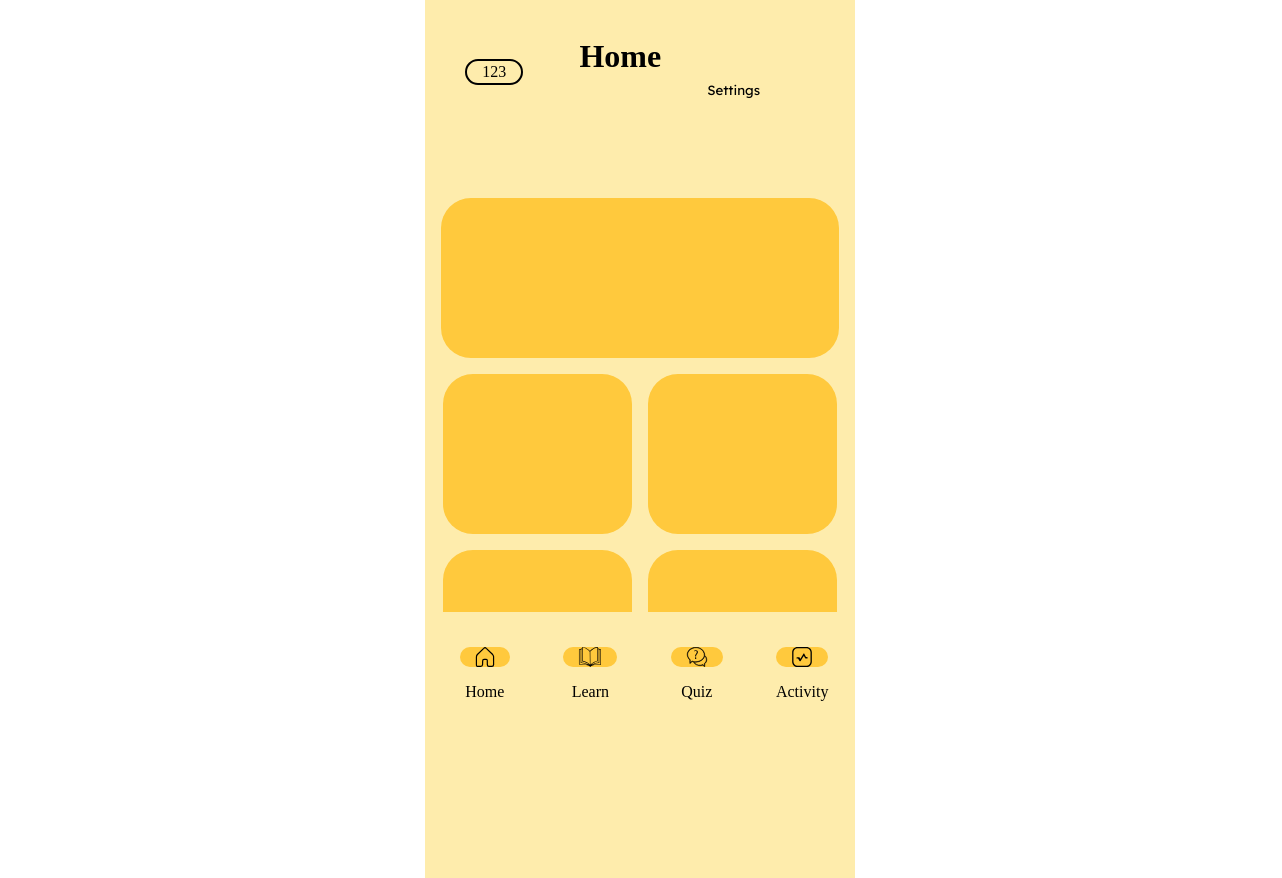
Repository: kellyzyhuang/HiveFive
Page: /
These files come from the project's save history. The page is drawn as it stood at one moment and after the next save; the edit follows.
The browser window is 1280 px wide. The page is 1282 px wide, so the pictures cover 1282 px, including what lies to the right of the window. The pictures show the whole page.
Some web fonts or font styles are not loaded; a fallback is used. The project was rebuilt for these pictures with package versions that can differ from the ones it lists, and the page was loaded fresh each time. The framework's server and built-in components were replaced by stand-ins that run in the browser. Also part of the build but not shown: next.config.js, styles/Landing.module.css.

Above is the page before, as saved 2024-04-08 09:58:32.

### pages/index.js
import Head from 'next/head'
import Image from 'next/image'
import styles from '@/styles/Home.module.css'
import Header from '@/components/Header';
import NavBar from '@/components/NavBar';
export default function Home() {
  return (
    <>
      <Head>
        <title>Hive Five</title>
        <meta name="description" content="Save the bees one question at a time" />
        <meta name="viewport" content="width=device-width, initial-scale=1" />
        <link rel="icon" href="/favicon.ico" />
        <link rel="preconnect" href="https://fonts.googleapis.com"/>
        <link rel="preconnect" href="https://fonts.gstatic.com" crossorigin/>
        <link href="https://fonts.googleapis.com/css2?family=Besley:ital,wght@0,400..900;1,400..900&family=Lexend:wght@100..900&display=swap" rel="stylesheet"></link>
      </Head>
      <main className={styles.main}>
        <div className={styles.screen}>
          <Header title="Home"/>
          <div className={styles.buffer}></div>
            <img/>
            <div className={styles.activityGraph}></div>
            <div className={styles.gallery}>
              <div className={styles.item}></div>
              <div className={styles.item}></div>
              <div className={styles.item}></div>
              <div className={styles.item}></div>
            </div>
            <NavBar className={styles.nav}/>
        </div>
      </main>
    </>
  )
}

### styles/globals.css
:root {
  --secondary-color: #FEECAC;
  --accent-color: #FFC93D;
  --tertiary-color: #4D6A58;
  --black-text: #0000;
  --incorrect: #851313;
  --correct: #1E3E19;
  --shadow: #D5D1A7;
  --sky-background: #E7F9FF;
}

### styles/Home.module.css
.main {
  display: flex;
  justify-content: center;
  background-color: var(--black-text);
  min-height: 100vh;
  margin: -10px;
}

.screen {
  width: 430px;
  height: 100%;
  background-color: var(--secondary-color);
  display: flex;
  justify-content: center;
  flex-wrap: wrap;
}

.buffer{
  height: 10rem;
  width: 100%;
}

.screen img {
  background-color: var(--accent-color);
  width: 100%;
  border-radius: 30px;
  margin: 1rem;
}

.activityGraph {
  width: 100%;
  border-radius: 30px;
  height: 10rem;
  background-color: var(--accent-color);
  margin: 0.5rem 1rem;
}

.gallery {
  display: flex;
  flex-wrap: wrap;
  justify-content: center;
  width: 100%;
  margin-bottom: 10rem;
}

.item {
  width: 44%;
  height: 10rem;
  background-color: var(--accent-color);
  border-radius: 30px;
  margin: 0.5rem;
}

.nav {
  background-color: var(--accent-color);
  height: 9rem;
  width: 430px;
  position: fixed;
  bottom: 0;
  z-index: 1000;
}

### components/Header/index.js
import styles from './Header.module.css';
import Image from 'next/image';
import Link from 'next/link';

export default function Header({ title }) {
  return(
    <header className={styles.header}>
      {/* <Image src="/images/bee.png" alt="bee icon" width={1} height={1}/>  */}
      {/* exit button will be here */}
      <ul className={styles.list}>
        <li className={styles.listItem}>
          <div className={styles.counter}>123</div>
        </li>
        <li className={styles.listItem}>
          <h1 className={styles.pageTitle}>{title}</h1>
        </li>
        <li className={styles.listItem}>
          <button className={styles.settings}><Link href="/Settings"><Image className={styles.settingsImg}/>Settings</Link></button>
        </li>
      </ul>
    </header>
  )
}

### components/NavBar/index.js
import styles from "./NavBar.module.css";
import Link from "next/link";
import Image from "next/image";

export default function NavBar(){
    return(
        <nav className={styles.navBar}>
            <div className={styles.navMenu}>{/* will add */}
            <ul className={styles.navList}>
                <li className={styles.home}>
                    <Link href="/">
                        <div className={styles.iconLabel}>
                            <Image className={styles.navIcon} src={"/images/home_icon.svg"} width={20} height={20}/>
                            <span className={styles.label}>Home</span>
                        </div>
                    </Link>
                </li>
                <li className={styles.learnMore}>
                    <Link href="/">
                        <div className={styles.iconLabel}>
                            <Image className={styles.navIcon} src={"/images/learn_more_icon.svg"} width={20} height={20}/>
                            <span className={styles.label}>Learn</span>
                        </div>
                    </Link>
                </li>
                <li className={styles.quiz}>
                    <Link href={'/Quiz'}>
                        <div className={styles.iconLabel}>
                            <Image className={styles.navIcon} src={"/images/quiz_icon.svg"} width={20} height={20}/>
                            <span className={styles.label}>Quiz</span>
                        </div>
                    </Link>
                </li>
                <li className={styles.activity}>
                    <Link href="/Activity">
                        <div className={styles.iconLabel}>
                            <Image className={styles.navIcon} src={"/images/activity_icon.svg"} width={20} height={20}/>
                            <span className={styles.label}>Activity</span>
                        </div>
                    </Link>
                </li>
            </ul>
            </div>
        </nav>
    )
}

### components/Header/Header.module.css
.header {
  background-color: var(--secondary-color);
  height:7rem;
  width: 430px;
  position: fixed;
  top: 0;
  z-index: 1000;
  display: flex;
}

.list {
  list-style-type: none;
  display: flex;
  justify-content: space-between;
  align-items: center;
}

.pageTitle {
  font-size: 2rem;
  width: 100%;
  transform: translate(-0.5rem);
  font-family: 'Besley', serif;
}

.counter {
  border: 2px solid black;
  width: 3rem;
  height: 1rem;
  padding: 0.2rem;
  margin-right: 4rem;
  border-radius: 20px;
  background-color: none;
  display: flex;
  justify-content: center;
  align-items: center;
  margin-top: 2rem;
}

.settings {
  transform: translate(2rem);
  margin-top: 2rem;
  margin-right: 15rem;
  background-color: inherit;
  border: none;
  font-family: 'Lexend', sans-serif;
}

.settings a{
  color: black;
  text-decoration: none;
}

### components/NavBar/NavBar.module.css
.navBar{
    background-color: var(--secondary-color);
    color: var(--black-text);
    width: 430px;
    position: fixed;
    bottom: 0;
    z-index: 1000;
    justify-content: center;
    align-items: center;
}

.navIcon {
    width: 2rem;
}

.navList{
   display: flex;
   justify-content: space-around;
   margin-left: -2rem;
}

.label{
    color: black;
}

.activity a, .learnMore a, .quiz a, .home a{
    text-decoration: none;
}

.iconLabel{
    display: flex;
    flex-direction: column;
    justify-content: center;
    align-items: center;
    padding: 0.2rem;
}

### pages/Landing.js
import styles from "./Landing.module.css";
import Images from "next/image";
import Button from "@/components/buttons";

export default function Landing(){
    return(
        <div>
            <img/>{/* logo goes here */}
            <Button/>
            <button className={styles.btnTutorial}></button>
        </div>
    )
}

### components/buttons/index.js
import styles from "./buttons.module.css";

export default function Button(){
    return(
        <button className={styles.btnToHome}></button>
    )
}

Loaded but not shown: pages/_app.js (common file); pages/_document.js (common file)

After the next save:
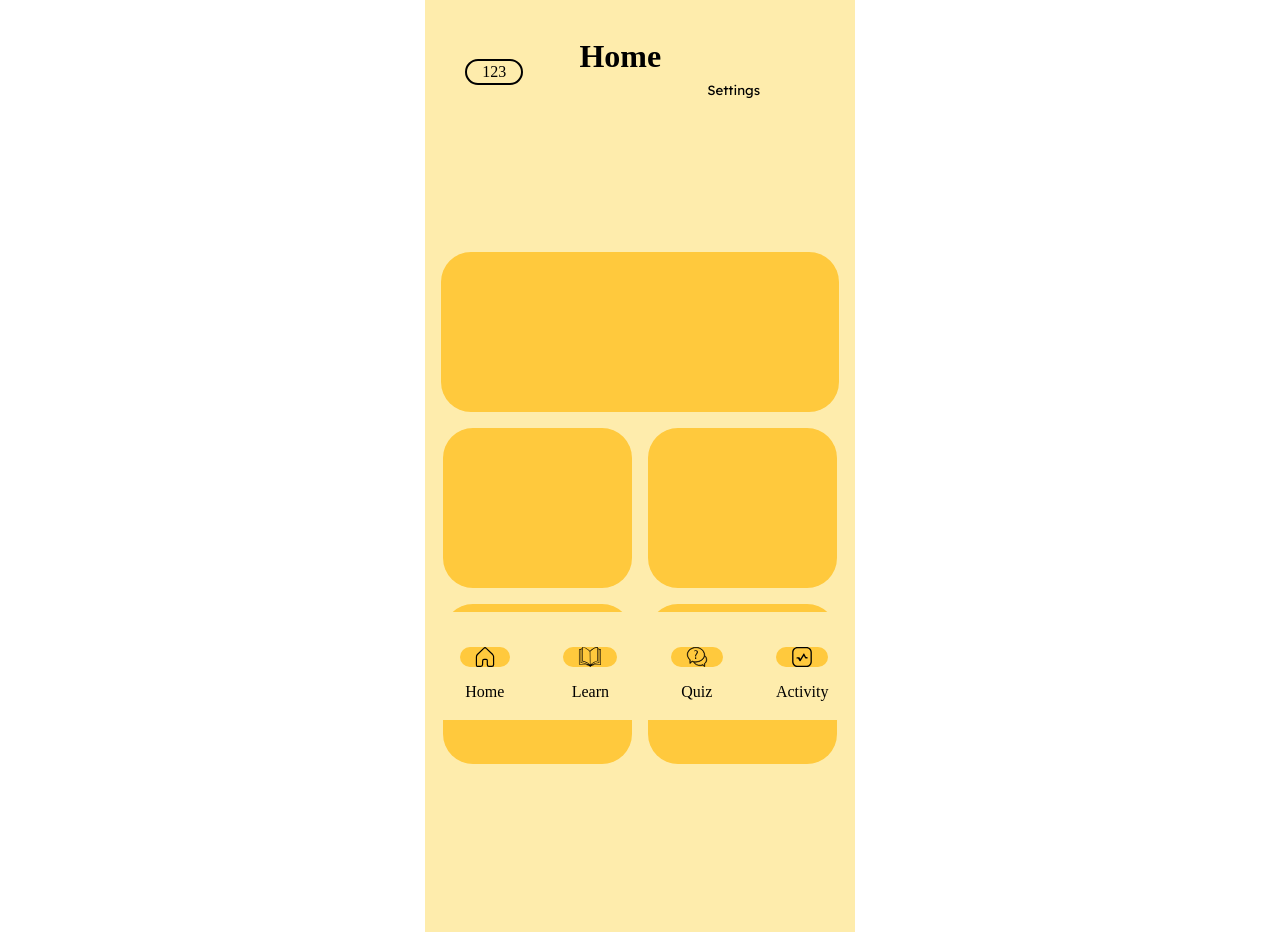
Saved 2 min 47 s later.
--- a/pages/index.js
+++ b/pages/index.js
@@ -3,6 +3,8 @@
 import styles from '@/styles/Home.module.css'
 import Header from '@/components/Header';
 import NavBar from '@/components/NavBar';
+import Landing from './Landing';
+
 export default function Home() {
   return (
     <>
@@ -18,6 +20,7 @@
       <main className={styles.main}>
         <div className={styles.screen}>
           <Header title="Home"/>
+          <Landing/>
           <div className={styles.buffer}></div>
             <img/>
             <div className={styles.activityGraph}></div>
